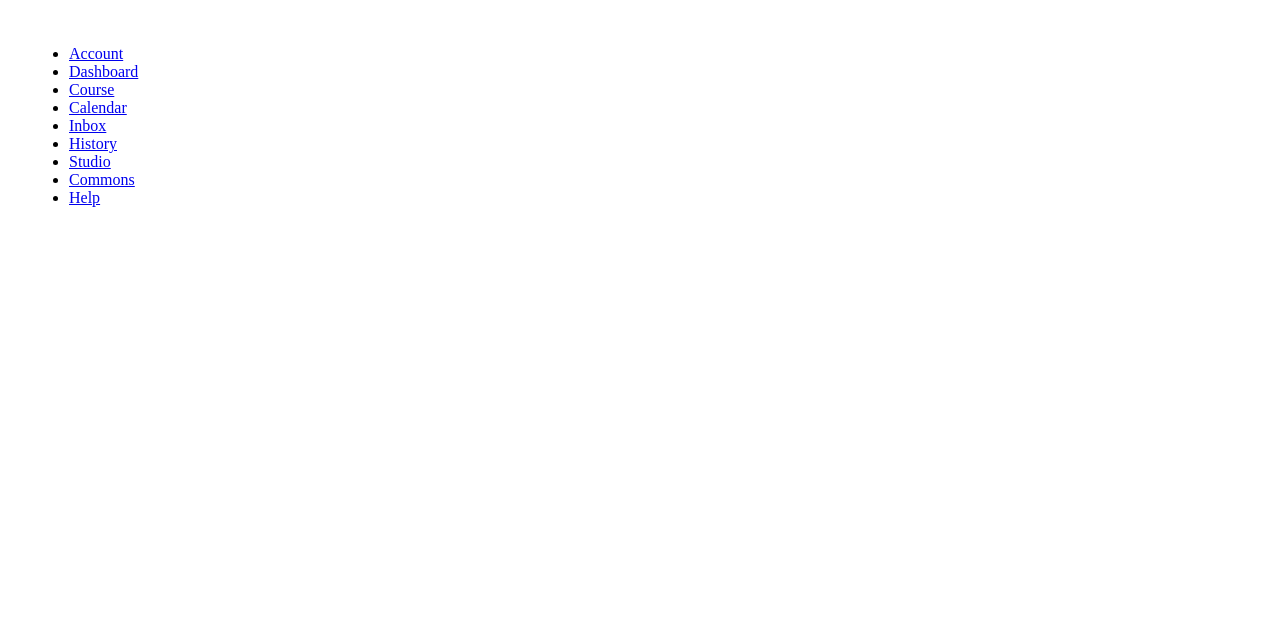
Repository: yuqiant/kanbas-react-web-app
Page: public/kanbas/home.html
An editor plug-in stored every save of this project. The page is shown before and after the next save, followed by the edit.
The browser window is 1280 px wide. The pictures show the whole page.

Above is the page before, as saved 2023-09-10 02:04:45.

After the next save:
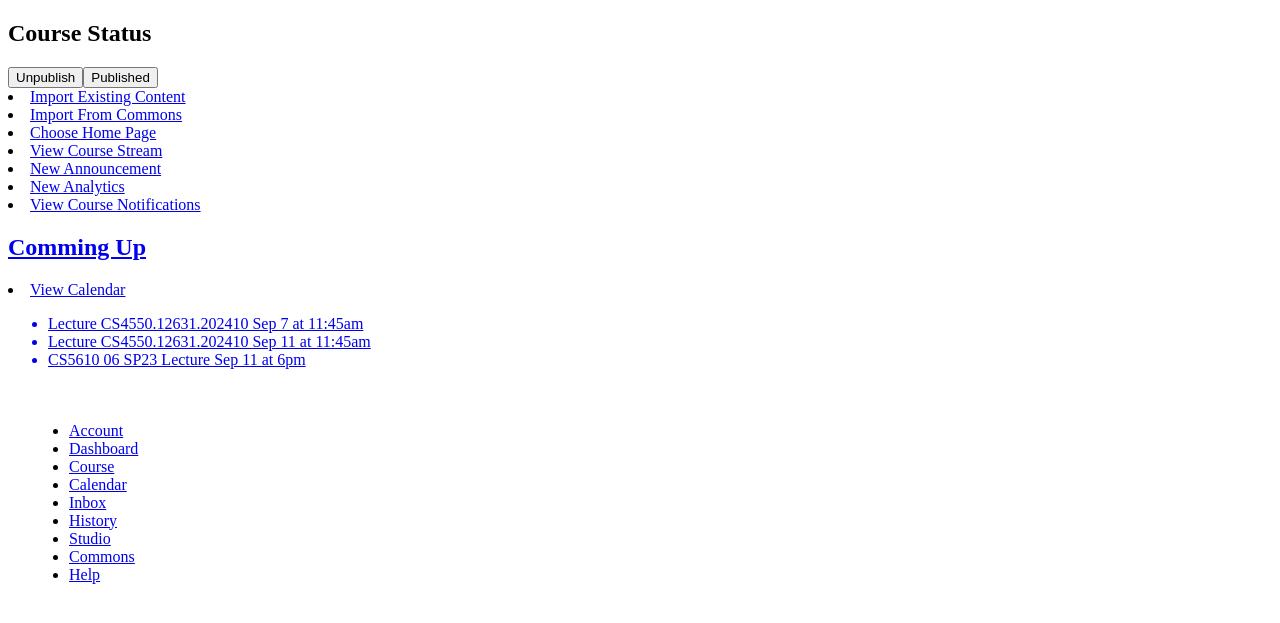
Saved 108 s later.
--- a/public/kanbas/home.html
+++ b/public/kanbas/home.html
@@ -187,29 +187,32 @@
 
             </td>
             <td id="fourthColumn" style="width: 250px;">
-                <h2>Course Status</h2>
-                <button type="button">Unpublish</button>
-                <button type="button">Published</button>
-                <li><a href="#">Import Existing Content</li>
-                <li><a href="#">Import From Commons</li>
-                <li><a href="#">Choose Home Page</li>
-                <li><a href="#">View Course Stream</li>
-                <li><a href="#">New Announcement</li>
-                <li><a href="#">New Analytics</li>
-                <li><a href="#">View Course Notifications</li>
-
-                <h2>Comming Up</h2>
-                <li><a href="#">View Calendar
-                        <ul>
-                            <li>Lecture CS4550.12631.202410 Sep 7 at 11:45am</li>
-                            <li>Lecture CS4550.12631.202410 Sep 11 at 11:45am</li>
-                            <li>CS5610 06 SP23 Lecture Sep 11 at 6pm</li>
-                        </ul>
-                </li>
-
-
-
-            </td>
+        <tr>
+
+            <h2>Course Status</h2>
+            <button type="button">Unpublish</button>
+            <button type="button">Published</button>
+            <li><a href="#">Import Existing Content</li>
+            <li><a href="#">Import From Commons</li>
+            <li><a href="#">Choose Home Page</li>
+            <li><a href="#">View Course Stream</li>
+            <li><a href="#">New Announcement</li>
+            <li><a href="#">New Analytics</li>
+            <li><a href="#">View Course Notifications</li>
+        </tr>
+
+        <h2>Comming Up</h2>
+        <li><a href="#">View Calendar
+                <ul>
+                    <li>Lecture CS4550.12631.202410 Sep 7 at 11:45am</li>
+                    <li>Lecture CS4550.12631.202410 Sep 11 at 11:45am</li>
+                    <li>CS5610 06 SP23 Lecture Sep 11 at 6pm</li>
+                </ul>
+        </li>
+
+
+
+        </td>
         </tr>
     </table>
 

After the save that followed:
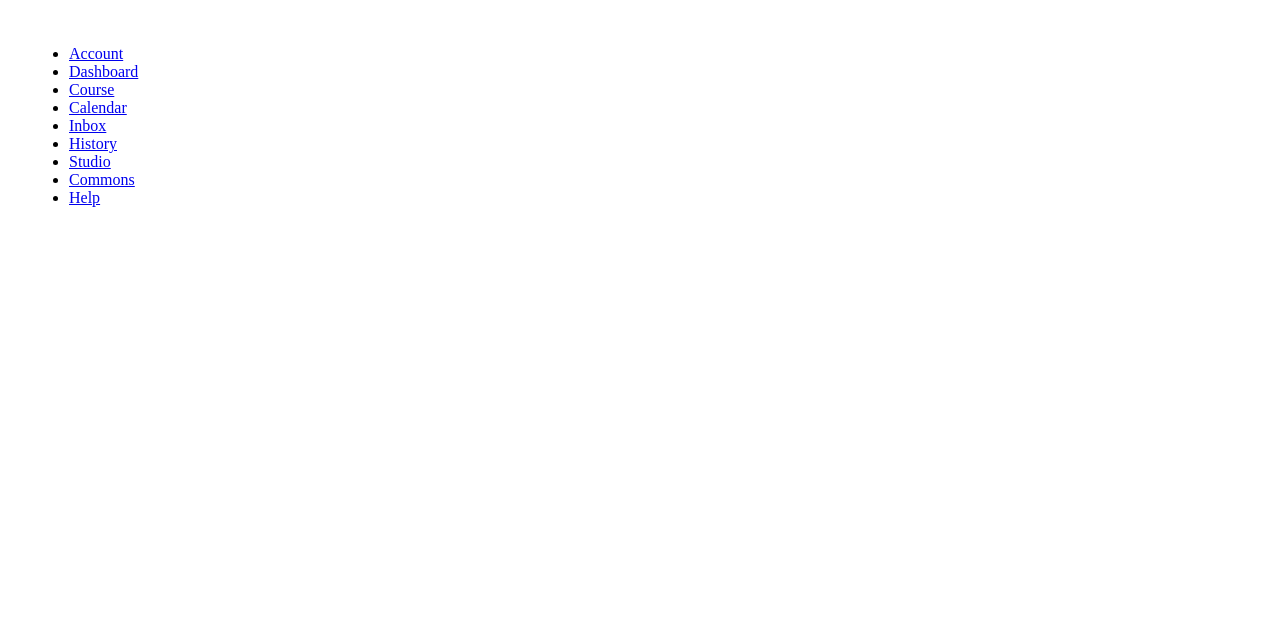
Saved 18 s later.
--- a/public/kanbas/home.html
+++ b/public/kanbas/home.html
@@ -187,32 +187,32 @@
 
             </td>
             <td id="fourthColumn" style="width: 250px;">
-        <tr>
-
-            <h2>Course Status</h2>
-            <button type="button">Unpublish</button>
-            <button type="button">Published</button>
-            <li><a href="#">Import Existing Content</li>
-            <li><a href="#">Import From Commons</li>
-            <li><a href="#">Choose Home Page</li>
-            <li><a href="#">View Course Stream</li>
-            <li><a href="#">New Announcement</li>
-            <li><a href="#">New Analytics</li>
-            <li><a href="#">View Course Notifications</li>
-        </tr>
-
-        <h2>Comming Up</h2>
-        <li><a href="#">View Calendar
-                <ul>
-                    <li>Lecture CS4550.12631.202410 Sep 7 at 11:45am</li>
-                    <li>Lecture CS4550.12631.202410 Sep 11 at 11:45am</li>
-                    <li>CS5610 06 SP23 Lecture Sep 11 at 6pm</li>
-                </ul>
-        </li>
-
-
-
-        </td>
+
+
+                <h2>Course Status</h2>
+                <button type="button">Unpublish</button>
+                <button type="button">Published</button>
+                <li><a href="#">Import Existing Content</li>
+                <li><a href="#">Import From Commons</li>
+                <li><a href="#">Choose Home Page</li>
+                <li><a href="#">View Course Stream</li>
+                <li><a href="#">New Announcement</li>
+                <li><a href="#">New Analytics</li>
+                <li><a href="#">View Course Notifications</li>
+
+
+                <h2>Comming Up</h2>
+                <li><a href="#">View Calendar
+                        <ul>
+                            <li>Lecture CS4550.12631.202410 Sep 7 at 11:45am</li>
+                            <li>Lecture CS4550.12631.202410 Sep 11 at 11:45am</li>
+                            <li>CS5610 06 SP23 Lecture Sep 11 at 6pm</li>
+                        </ul>
+                </li>
+
+
+
+            </td>
         </tr>
     </table>
 
